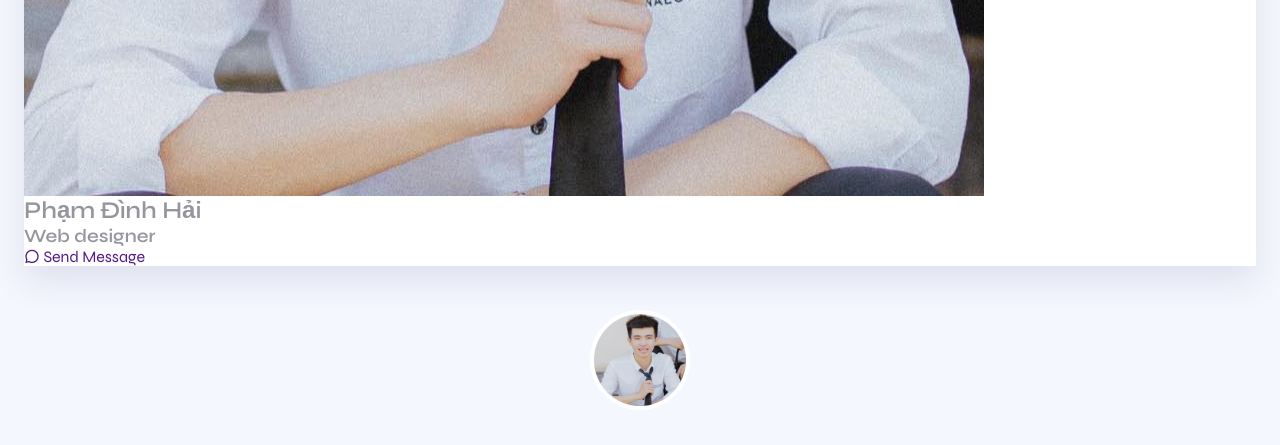
Repository: dinhhaidh/Profile
Page: index.html
An editor plug-in stored every save of this project. The page is shown before and after a run of saves, followed by the edit.
The browser window is 1280 px wide. The pictures show the whole page.
Some web libraries are served in a nearby version.

Above is the page before, as saved 2024-02-29 09:11:07.

After the next 6 saves:
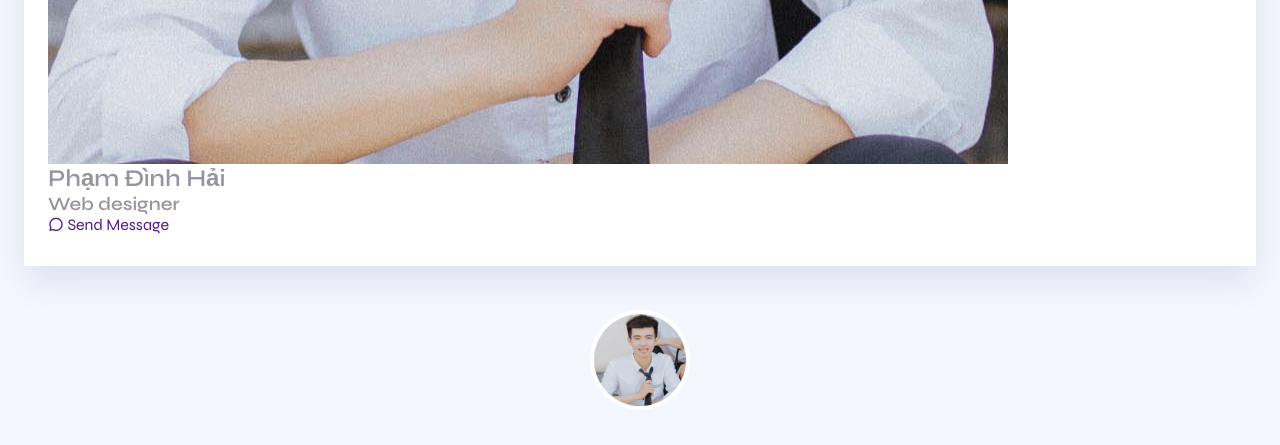
The 6 saves are shown as one change because they came seconds apart.
The last was saved 24 s later.
--- a/style.css
+++ b/style.css
@@ -88,6 +88,7 @@ img {
     width: calc(100vw - 3rem);
     background-color: var(--container-color);
     box-shadow: 0 16px 32px hsla(230, 50%, 20%, .1);
+    padding: 2rem 1.5rem;
 }
 .card__header{
 
